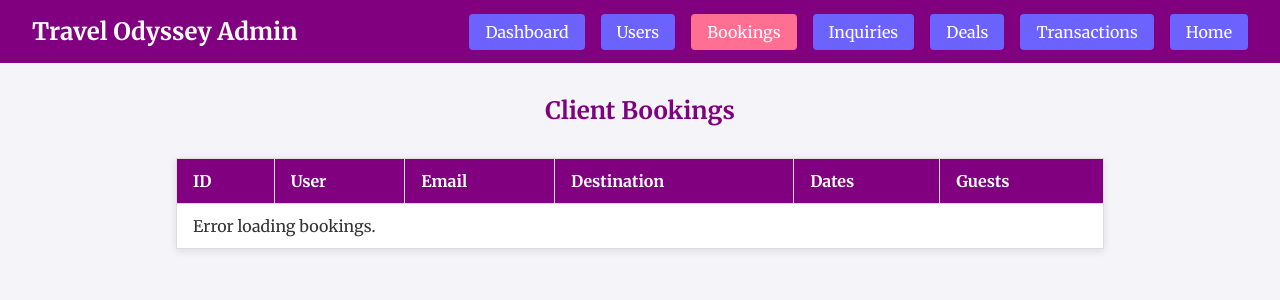
Repository: GHzPhoenix/Project-Odyssey
Page: Frontend/admin-bookings.html
The author's editor kept a copy of each file at every save. The page is drawn from the files as they stood at one save, then again after the next save.
The browser window is 1280 px wide. The pictures show the whole page.
The page's requests for data from a server got no answer.

Above is the page before, as saved 2025-07-20 13:45:14.

After the next save:
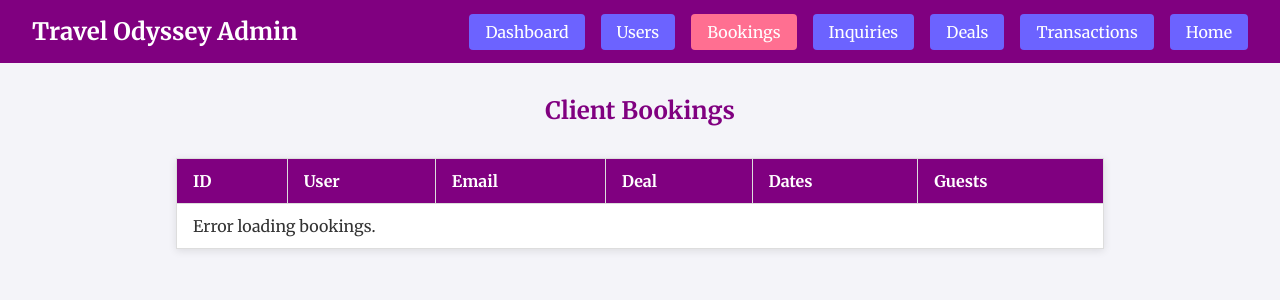
Saved 65 s later.
--- a/Frontend/admin-bookings.html
+++ b/Frontend/admin-bookings.html
@@ -39,7 +39,7 @@
             <th>ID</th>
             <th>User</th>
             <th>Email</th>
-            <th>Destination</th>
+            <th>Deal</th>
             <th>Dates</th>
             <th>Guests</th>
           </tr>
@@ -61,7 +61,13 @@
           "Content-Type": "application/json",
           Authorization: "Bearer " + token,
         };
-        const res = await fetch("http://127.0.0.1:5002" + path, opts);
+        const res = await fetch(
+          "http://127.0.0.1:5500/api/bookings/all".startsWith("http")
+            ? "http://127.0.0.1:5002" + path
+            : path,
+          opts
+        );
+        // above ensures you hit port 5002, even if hosted at 5500
         if (!res.ok) throw await res.json();
         return res.json();
       }
@@ -70,7 +76,7 @@
         const tbody = document.querySelector("#booking-table tbody");
         try {
           const bookings = await fetchJSON("/api/bookings/all");
-          if (bookings.length === 0) {
+          if (!bookings.length) {
             tbody.innerHTML = "<tr><td colspan='6'>No bookings.</td></tr>";
             return;
           }
@@ -83,12 +89,13 @@
               return `
                 <tr>
                   <td>${b.id}</td>
-                  <td>${b.name}</td>
-                  <td>${b.email}</td>
-                  <td>${b.destination}</td>
+                  <td>${b.user_name}</td>
+                  <td>${b.user_email}</td>
+                  <td>${b.deal_name}</td>
                   <td>${dates}</td>
                   <td>${b.guests}</td>
-                </tr>`;
+                </tr>
+              `;
             })
             .join("");
         } catch (err) {
